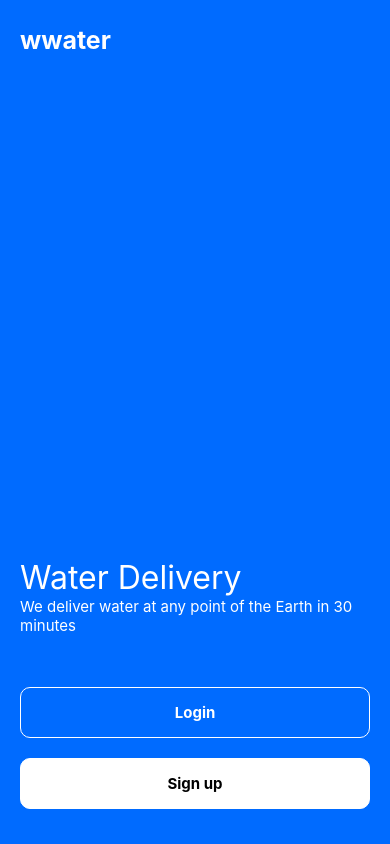
Repository: mtuguldr/myproject
Screen: /
An editor plug-in stored every save of this project. The screen is shown before and after the next save, followed by the edit.
The app was drawn by React Native's web renderer in a window 390 px wide. The project was rebuilt for these pictures with package versions that can differ from the ones it lists, and the page was loaded fresh each time. Also part of the build but not shown: app/Screens/HomeScreen.js.

Above is the screen before, as saved 2021-10-20 15:50:44.

After the next save:
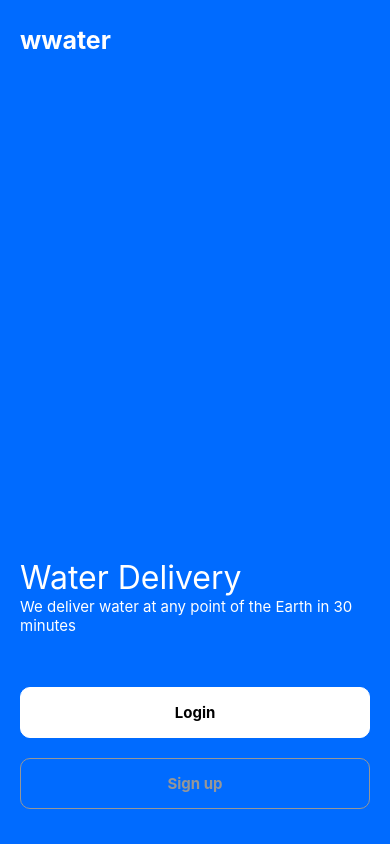
Saved 49 s later.
--- a/app/Screens/StartScreen.js
+++ b/app/Screens/StartScreen.js
@@ -22,14 +22,15 @@ function StartScreen() {
 
 				<Button
 					title='Login'
+					color='white'
+					filled
 					onPress={() => {
 						console.log()
 					}}
 				/>
 				<Button
 					title='Sign up'
-					color='white'
-					filled
+					color='#979797'
 					onPress={() => {}}
 				/>
 			</View>
